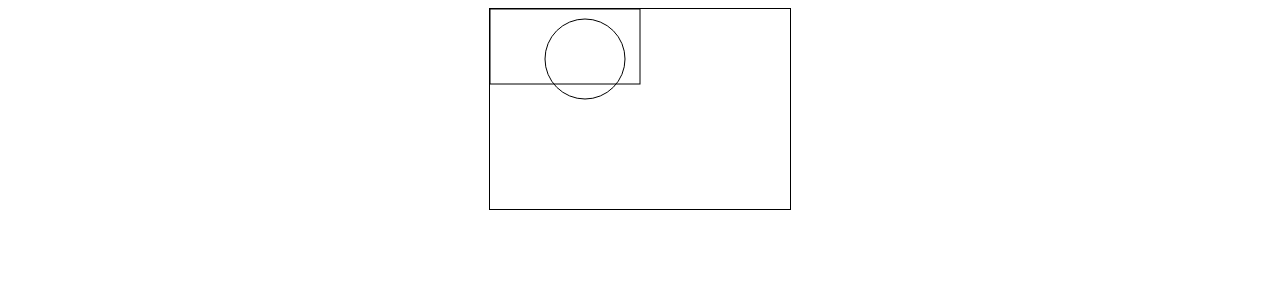
Repository: BhardwajMonika/core-java
Page: HTML2/WebContent/Canvas1.html
These files come from the project's save history. The page is drawn as it stood at one moment and after the next save; the edit follows.
The browser window is 1280 px wide. The pictures show the whole page.

Above is the page before, as saved 2019-02-27 09:21:27.

After the next save:
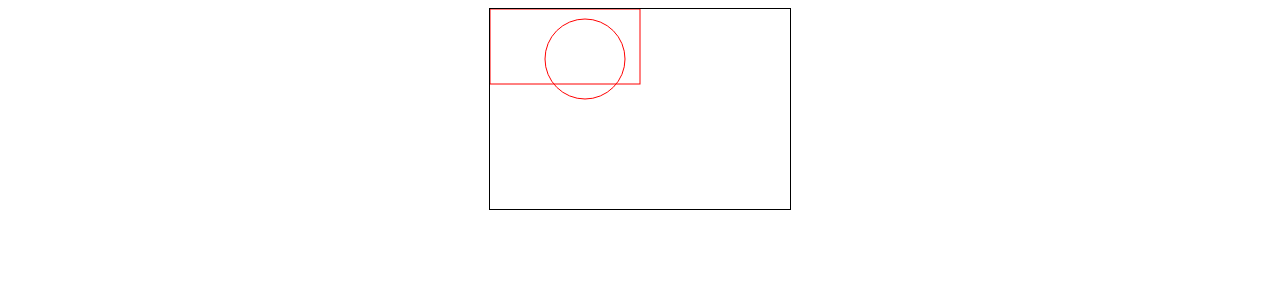
Saved 48 s later.
--- a/HTML2/WebContent/Canvas1.html
+++ b/HTML2/WebContent/Canvas1.html
@@ -15,6 +15,7 @@
 	var c = document.getElementById("myCanvas");
 	var ctx = c.getContext("2d");
 	ctx.beginPath();
+	ctx.strokeStyle="#FF0000"
 	ctx.arc(95,50,40,0,2*Math.PI);
 	ctx.stroke();
 	ctx.drawStyle = "#FF0000";
